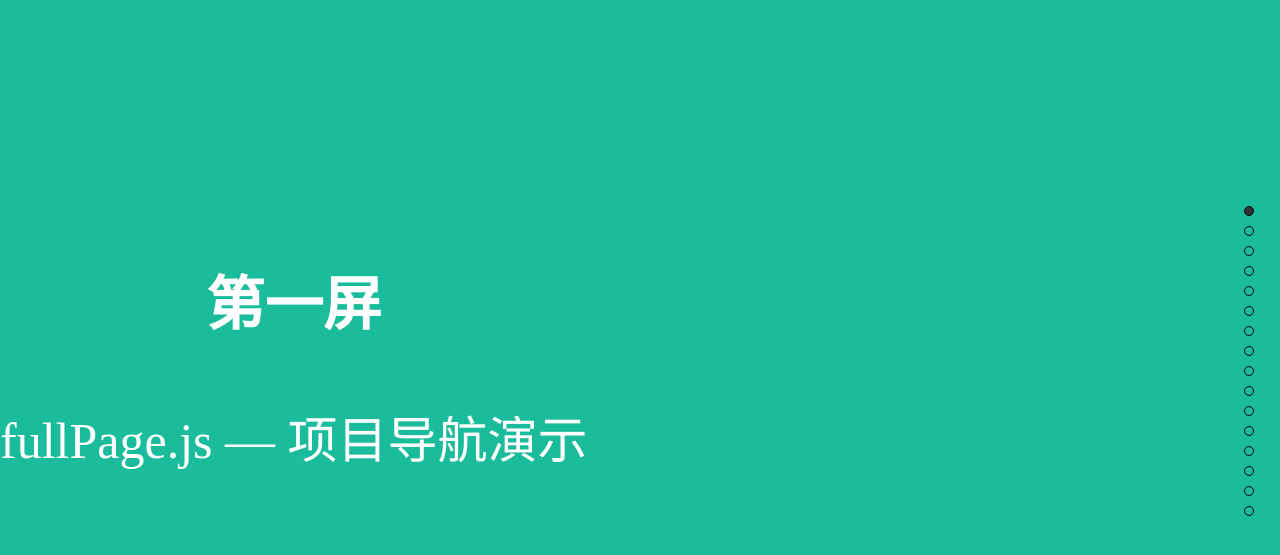
Repository: tfdonna/fontend
Page: js第一阶段/jquery/WebContent/hw02-全屏滚动四屏.html
These files come from the project's save history. The page is drawn as it stood at one moment and after the next save; the edit follows.
The browser window is 1280 px wide. The pictures show the whole page.

Above is the page before, as saved 2021-09-06 10:24:26.

### js第一阶段/jquery/WebContent/hw02-全屏滚动四屏.html
<!DOCTYPE html>
<html lang="zh-CN">
<head>
<meta charset="utf-8">
<title>fullPage.js — 项目导航演示_dowebok</title>
<link rel="stylesheet" href="css/jquery.fullPage.css">
<style>
.section { text-align: center; font: 50px "Microsoft Yahei"; color: #fff;}
</style>
<script src="js/jquery-1.8.3.min.js"></script>
<script src="js/jquery.fullPage.min.js"></script>
<script>
$(function(){
    $('#dowebok').fullpage({
        sectionsColor: ['#1bbc9b', '#4BBFC3', '#7BAABE', '#f90'],
        'navigation': true,
    });
});
</script>
</head>

<body>

<div id="dowebok">
    <div class="section">
        <h3>第一屏</h3>
        <p>fullPage.js — 项目导航演示</p>
    </div>
    <div class="section">
        <h3>第二屏</h3>
        <p>请查看右边的圆圈</p>
    </div>
    <div class="section">
        <h3>第三屏</h3>
        <p>圆圈还可以设置位置，颜色，加上 tip，点击可以控制</p>
    </div>
    <div class="section">
        <h3>第四屏</h3>
        <p>这是最后一屏</p>
    </div>
</div>










<a href="http://www.dowebok.com/" style="display: none;">dowebok</a>
<a href="http://www.dowebok.com/77.html" style="display: none;">jQuery全屏滚动插件fullPage.js</a>

</body>
</html><!DOCTYPE html>
<html lang="zh-CN">
<head>
<meta charset="utf-8">
<title>fullPage.js — 项目导航演示_dowebok</title>
<link rel="stylesheet" href="fullPage/css/jquery.fullPage.css">
<style>
.section { text-align: center; font: 50px "Microsoft Yahei"; color: #fff;}
</style>
<script src="fullPage/js/jquery-1.8.3.min.js"></script>
<script src="fullPage/js/jquery.fullPage.min.js"></script>
<script>
$(function(){
    $('#dowebok').fullpage({
        sectionsColor: ['#1bbc9b', '#4BBFC3', '#7BAABE', '#f90'],
        'navigation': true,
    });
});
</script>
</head>

<body>

<div id="dowebok">
    <div class="section">
        <h3>第一屏</h3>
        <p>fullPage.js — 项目导航演示</p>
    </div>
    <div class="section">
        <h3>第二屏</h3>
        <p>请查看右边的圆圈</p>
    </div>
    <div class="section">
        <h3>第三屏</h3>
        <p>圆圈还可以设置位置，颜色，加上 tip，点击可以控制</p>
    </div>
    <div class="section">
        <h3>第四屏</h3>
        <p>这是最后一屏</p>
    </div>
</div>


</body>
</html>

Loaded but not shown: js第一阶段/jquery/WebContent/fullPage/css/jquery.fullPage.css (library); js第一阶段/jquery/WebContent/fullPage/js/jquery-1.8.3.min.js (library); js第一阶段/jquery/WebContent/fullPage/js/jquery.fullPage.min.js (library)

After the next save:
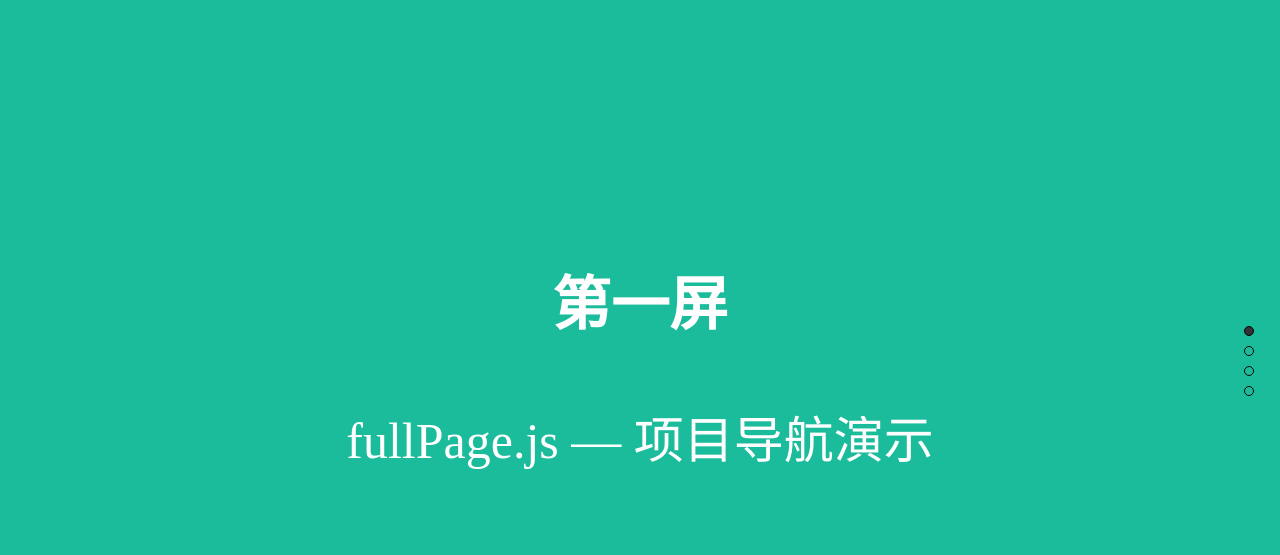
Saved 13 s later.
--- a/js第一阶段/jquery/WebContent/hw02-全屏滚动四屏.html
+++ b/js第一阶段/jquery/WebContent/hw02-全屏滚动四屏.html
@@ -1,59 +1,4 @@
 <!DOCTYPE html>
-<html lang="zh-CN">
-<head>
-<meta charset="utf-8">
-<title>fullPage.js — 项目导航演示_dowebok</title>
-<link rel="stylesheet" href="css/jquery.fullPage.css">
-<style>
-.section { text-align: center; font: 50px "Microsoft Yahei"; color: #fff;}
-</style>
-<script src="js/jquery-1.8.3.min.js"></script>
-<script src="js/jquery.fullPage.min.js"></script>
-<script>
-$(function(){
-    $('#dowebok').fullpage({
-        sectionsColor: ['#1bbc9b', '#4BBFC3', '#7BAABE', '#f90'],
-        'navigation': true,
-    });
-});
-</script>
-</head>
-
-<body>
-
-<div id="dowebok">
-    <div class="section">
-        <h3>第一屏</h3>
-        <p>fullPage.js — 项目导航演示</p>
-    </div>
-    <div class="section">
-        <h3>第二屏</h3>
-        <p>请查看右边的圆圈</p>
-    </div>
-    <div class="section">
-        <h3>第三屏</h3>
-        <p>圆圈还可以设置位置，颜色，加上 tip，点击可以控制</p>
-    </div>
-    <div class="section">
-        <h3>第四屏</h3>
-        <p>这是最后一屏</p>
-    </div>
-</div>
-
-
-
-
-
-
-
-
-
-
-<a href="http://www.dowebok.com/" style="display: none;">dowebok</a>
-<a href="http://www.dowebok.com/77.html" style="display: none;">jQuery全屏滚动插件fullPage.js</a>
-
-</body>
-</html><!DOCTYPE html>
 <html lang="zh-CN">
 <head>
 <meta charset="utf-8">
